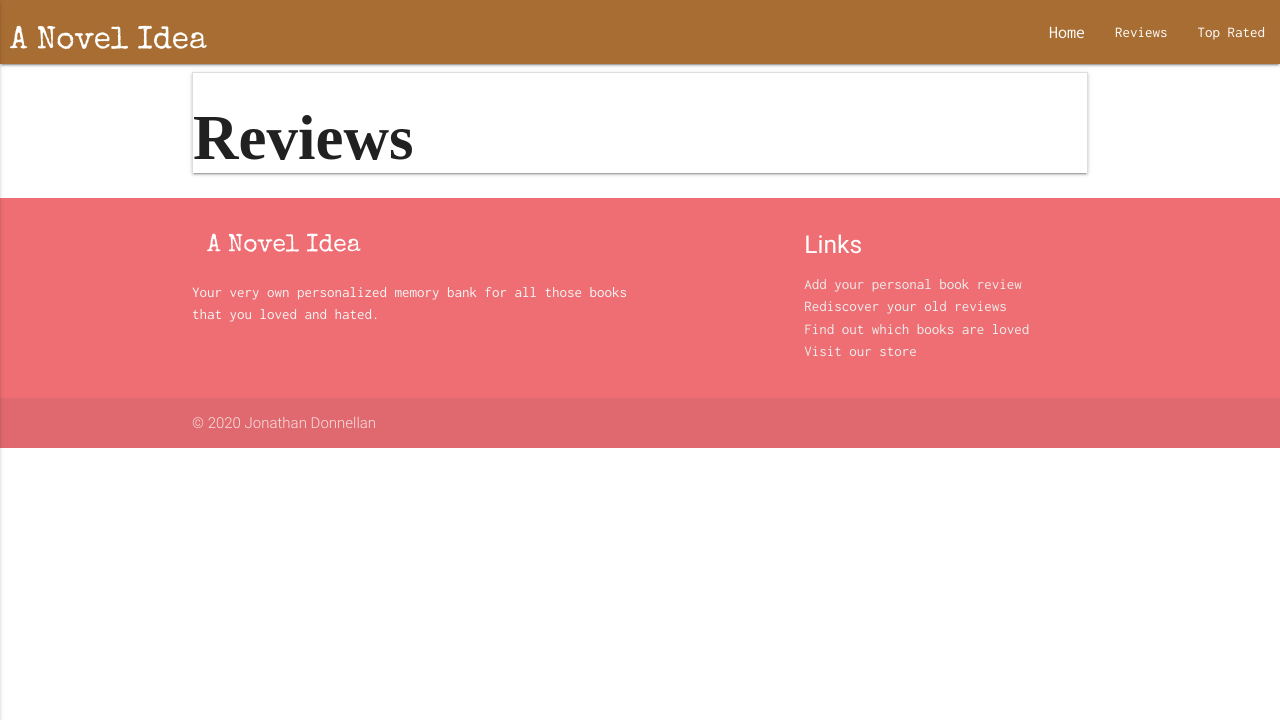
Repository: johnny-don/a-novel-idea
Page: http://localhost/
The author's editor kept a record of every edit. The page is drawn from the files as they stood at one moment, then again after the next edit.
The browser window is 1280 px wide. The pictures show the whole page.
Some web libraries are served in a nearby version. The page is served by the project's application, run on Flask 3 (app.py). Queries for data that is not in the repository find no rows.

Above is the page before.

### templates/reviews.html
{% extends 'base.html' %} {% block content %}
<div class="container">
<ul class="collapsible" data-collapsible="accordian">
    <h1 class="headline">Reviews</h1>
    {% for review in reviews %}
    <li>
        <div class="collapsible-header">

            <div class="col s8">
                <i class="material-icons">expand_more</i>
                <i class="material-icons prefix text-font">title</i>{{review.title.upper()}}  <i class="material-icons prefix text-font">perm_identity</i>
                <strong>  {{review.author}}</strong>
                <i class="material-icons prefix text-font">event_seat</i> <em>{{review.genre}}</em>
                <i class="material-icons prefix text-font">grade</i> {{review.rating}}
                </div>
                <div class="col s4">
                <a href="{{url_for('edit_review', review_id=review._id)}}" class="waves-effect waves-light btn-small text-font">Edit</a>
                <a href="{{url_for('delete_review', review_id=review._id)}}" class="waves-effect waves-light btn-small text-font">Delete</a>
            </div>
            </div>

        <div class="collapsible-body">
            <span class="text-font">{{review.review}}</span>
        </div>

    </li>


    {% endfor %}
    </div>
</ul>
 </div>

{% endblock %}

### templates/base.html
<!DOCTYPE html>
<html lang="en">

<head>
    <meta charset="UTF-8">
    <meta name="viewport" content="width=device-width, initial-scale=1.0">
    <meta http-equiv="X-UA-Compatible" content="ie=edge">
    <link rel="stylesheet" href="{{url_for('static', filename='css/style.css')}}" type="text/css"/>
    <link href="https://fonts.googleapis.com/icon?family=Material+Icons" rel="stylesheet">
    <link rel="stylesheet" href="https://cdnjs.cloudflare.com/ajax/libs/materialize/0.100.2/css/materialize.min.css">
    <link href="https://fonts.googleapis.com/css?family=Special+Elite&display=swap" rel="stylesheet">


    <title>A Novel Idea</title>
</head>

<body>
      <header>
        <nav>
            <div class="nav-wrapper navbar">
                <a href="{{url_for('add_review')}}" class=" brand brand-logo">A Novel Idea</a>
                <a href="#" data-activates="mobile-demo" class="button-collapse"><i class="material-icons">menu</i></a>
                <ul id="nav-mobile" class="right hide-on-med-and-down">
                    <li><a href="{{url_for('add_review')}}" class="text-font menu-link">Home</a></li>
                    <li><a href="{{url_for('get_reviews')}}" class="text-font text-font">Reviews</a></li>
                    <li><a href="{{url_for('top_rated')}}" class="text-font text-font">Top Rated</a></li>
                </ul>
                <ul class="side-nav" id="mobile-demo">
                     <li><a href="{{url_for('add_review')}}" class="text-font">Home</a></li>
                    <li><a href="{{url_for('get_reviews')}}" class="text-font">Reviews</a></li>
                    <li><a href="{{url_for('top_rated')}}" class="text-font">Top Rated</a></li>
                </ul>
            </div>
        </nav>
    </header>

    {% block content %}
    {% endblock %}


    <footer class="page-footer">
          <div class="container">
            <div class="row">
              <div class="col l6 s12">
                <h5 class="white-text brand">A Novel Idea</h5>
                <p class="grey-text text-lighten-4 text-font">Your very own personalized memory bank for all those books that you loved and hated. </p>
              </div>
              <div class="col l4 offset-l2 s12">
                <h5 class="white-text">Links</h5>
                <ul>

                  <li><a class="grey-text text-lighten-3 text-font" href="{{url_for('add_review')}}">Add your personal book review</a></li>
                  <li><a class="grey-text text-lighten-3 text-font" href="{{url_for('get_reviews')}}">Rediscover your old reviews</a></li>
                  <li><a class="grey-text text-lighten-3 text-font" href="{{url_for('top_rated')}}">Find out which books are loved</a></li>
                  <li><a class="grey-text text-lighten-3 text-font" href="https://last-bookshop.business.site/">Visit our store</a></li>

                </ul>
              </div>
            </div>
          </div>
          <div class="footer-copyright">
            <div class="container">
            © 2020 Jonathan Donnellan

            </div>
          </div>
        </footer>








    <script src="https://cdnjs.cloudflare.com/ajax/libs/jquery/3.2.1/jquery.min.js"></script>
    <script src="https://cdnjs.cloudflare.com/ajax/libs/materialize/0.100.2/js/materialize.min.js"></script>
    <script type="text/javascript">
        $(document).ready(function() {
            $('.collapsible').collapsible();
            $(".button-collapse").sideNav();
            $('.slider').slider();
        });
    </script>
</body>

</html>

### app.py
import os
from flask import Flask, render_template, redirect, request, url_for, request
from flask_pymongo import PyMongo
from bson.objectid import ObjectId


app = Flask(__name__)
app.config["MONGO_DBNAME"] = 'novel_idea'
app.config["MONGO_URI"] = 'mongodb+srv://johnny_don:2gardensmon@cluster0-kzp63.mongodb.net/novel_idea?retryWrites=true&w=majority'


mongo = PyMongo(app)


@app.route('/')


@app.route('/get_reviews')
def get_reviews():
    return render_template("reviews.html", reviews=mongo.db.info.find())

@app.route('/add_review')
def add_review():
    return render_template('addreview.html')

@app.route('/submit_review', methods=['POST'])
def submit_review():
    info = mongo.db.info
    info.insert_one(request.form.to_dict())
    return redirect(url_for('get_reviews'))

@app.route('/edit_review/<review_id>')
def edit_review(review_id):
    the_review = mongo.db.info.find_one({"_id": ObjectId(review_id)})
    return render_template('editreview.html', review=the_review)


@app.route('/update_review/<review_id>', methods=["POST"])
def update_review(review_id):
    reviews=mongo.db.info
    reviews.update( {'_id': ObjectId(review_id)},
    {
        'title':request.form.get('title'),
        'author':request.form.get('author'),
        'genre':request.form.get('genre'),
        'rating':int(request.form.get('rating')),
        'review':request.form.get('review')
    })

    return redirect(url_for('get_reviews'))

@app.route('/delete_review/<review_id>')
def delete_review(review_id):
    mongo.db.info.remove({'_id': ObjectId(review_id)})
    return redirect(url_for('get_reviews'))



@app.route('/top_rated')
def top_rated():
    return render_template("toprated.html", ratings=mongo.db.info.find().sort("rating", -1))





if __name__ == '__main__':
    app.run(host=os.environ.get('IP'),
            port=int(os.environ.get('PORT')),
            debug=True)

### static/css/style.css
@import url('https://fonts.googleapis.com/css?family=Special+Elite&display=swap');
@import url('https://fonts.googleapis.com/css?family=Inconsolata&display=swap');
@import url('https://fonts.googleapis.com/css?family=Inconsolata&display=swap');

/* buttons */

body {
    background-color: 'red';
}


.btn-small{

    margin: 10px;
    padding: 5px;
    background-color:
}

/* fonts */

.brand {
   font-family: 'Special Elite', cursive;
   margin: 10px;
   padding: 5px;
}

.headline {
   font-family: 'Bitter', serif;
    font-weight: bold;
}

.text-font {
    font-family: 'Inconsolata', monospace;
}

/* navbar */

.brand {
   font-family: 'Special Elite', cursive;
   margin: 10px;
   padding: 5px;
}

.menu-link {
    font-size: larger;

}

nav .nav-wrapper {
    position: relative;
    height: 100%;
    background-color: #a86d32;
}

After the next edit:
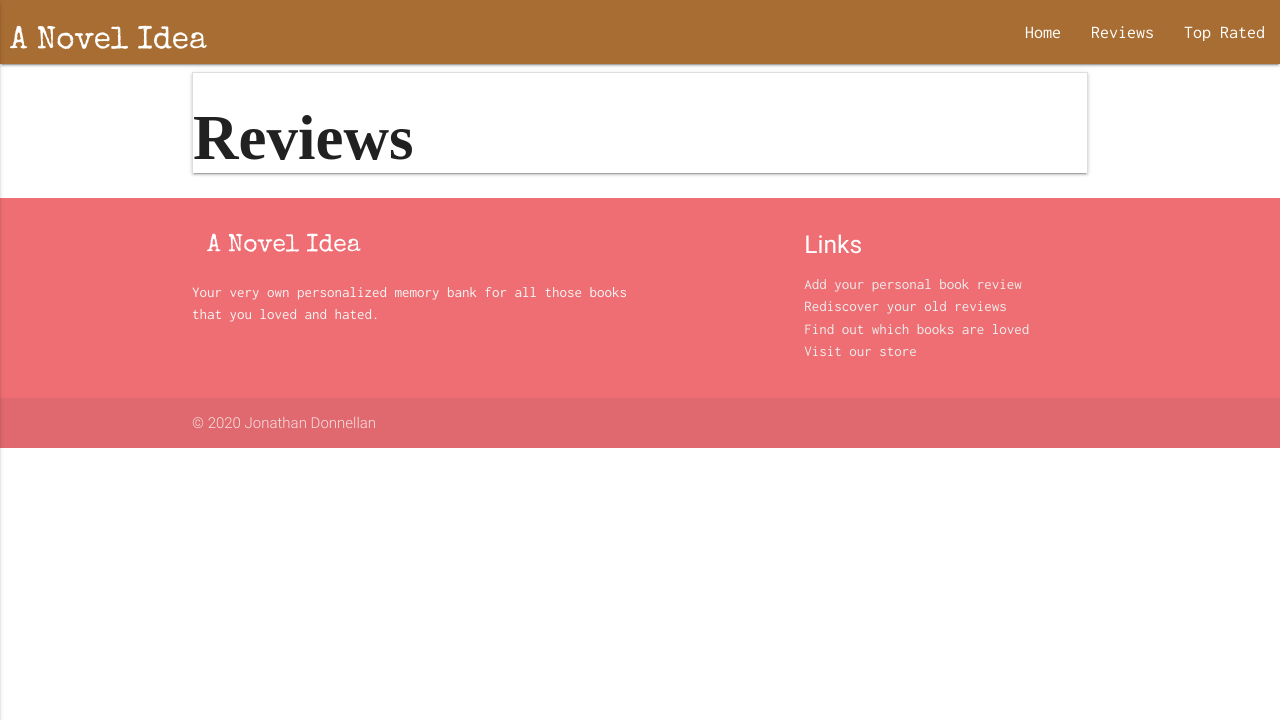
The edit:
--- a/templates/base.html
+++ b/templates/base.html
@@ -22,8 +22,8 @@
                 <a href="#" data-activates="mobile-demo" class="button-collapse"><i class="material-icons">menu</i></a>
                 <ul id="nav-mobile" class="right hide-on-med-and-down">
                     <li><a href="{{url_for('add_review')}}" class="text-font menu-link">Home</a></li>
-                    <li><a href="{{url_for('get_reviews')}}" class="text-font text-font">Reviews</a></li>
-                    <li><a href="{{url_for('top_rated')}}" class="text-font text-font">Top Rated</a></li>
+                    <li><a href="{{url_for('get_reviews')}}" class="text-font menu-link">Reviews</a></li>
+                    <li><a href="{{url_for('top_rated')}}" class="text-font menu-link">Top Rated</a></li>
                 </ul>
                 <ul class="side-nav" id="mobile-demo">
                      <li><a href="{{url_for('add_review')}}" class="text-font">Home</a></li>
